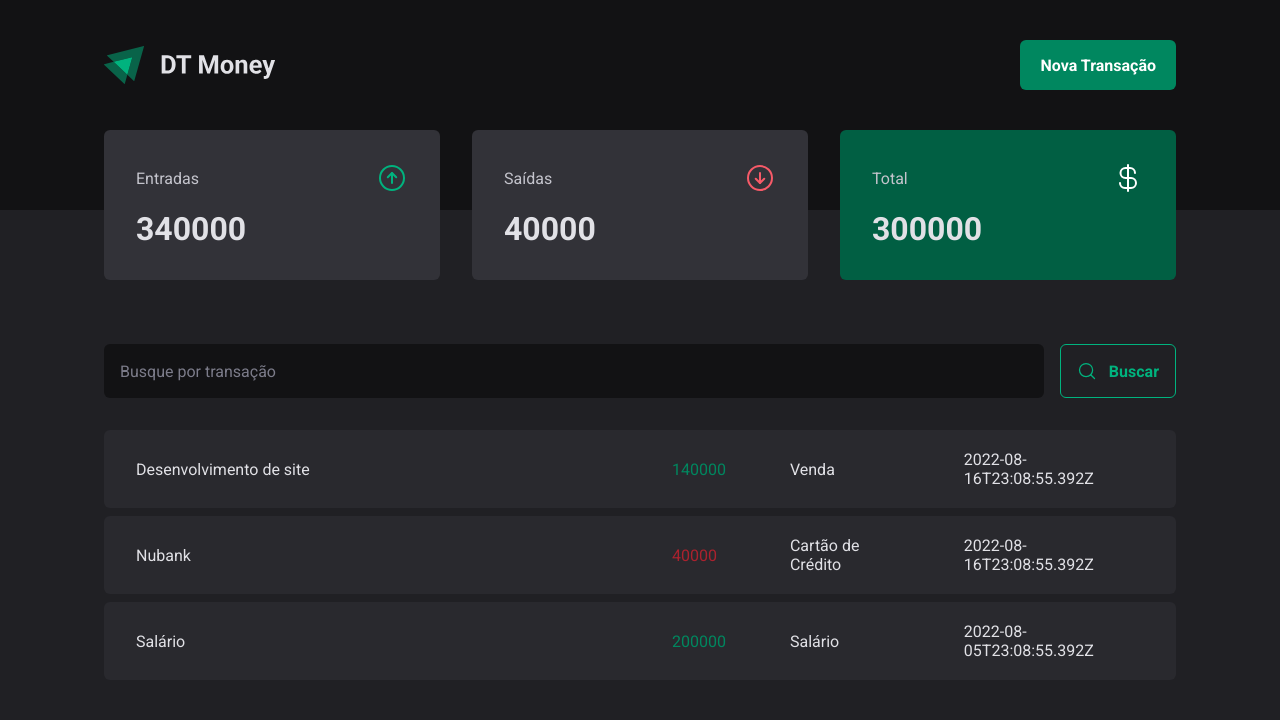
Repository: guilhermecardoso93/dtmoney-reactjs-ignite
Page: /
The author's editor kept a copy of each file at every save. The page is drawn from the files as they stood at one save, then again after the next save.
The browser window is 1280 px wide. The pictures show the whole page.
The project was rebuilt for these pictures with package versions that can differ from the ones it lists, and the page was loaded fresh each time. Requests to the local data server were answered from the project's data file. Also part of the build but not shown: vite.config.ts.

Above is the page before, as saved 2022-08-16 21:09:09.

After the next save:
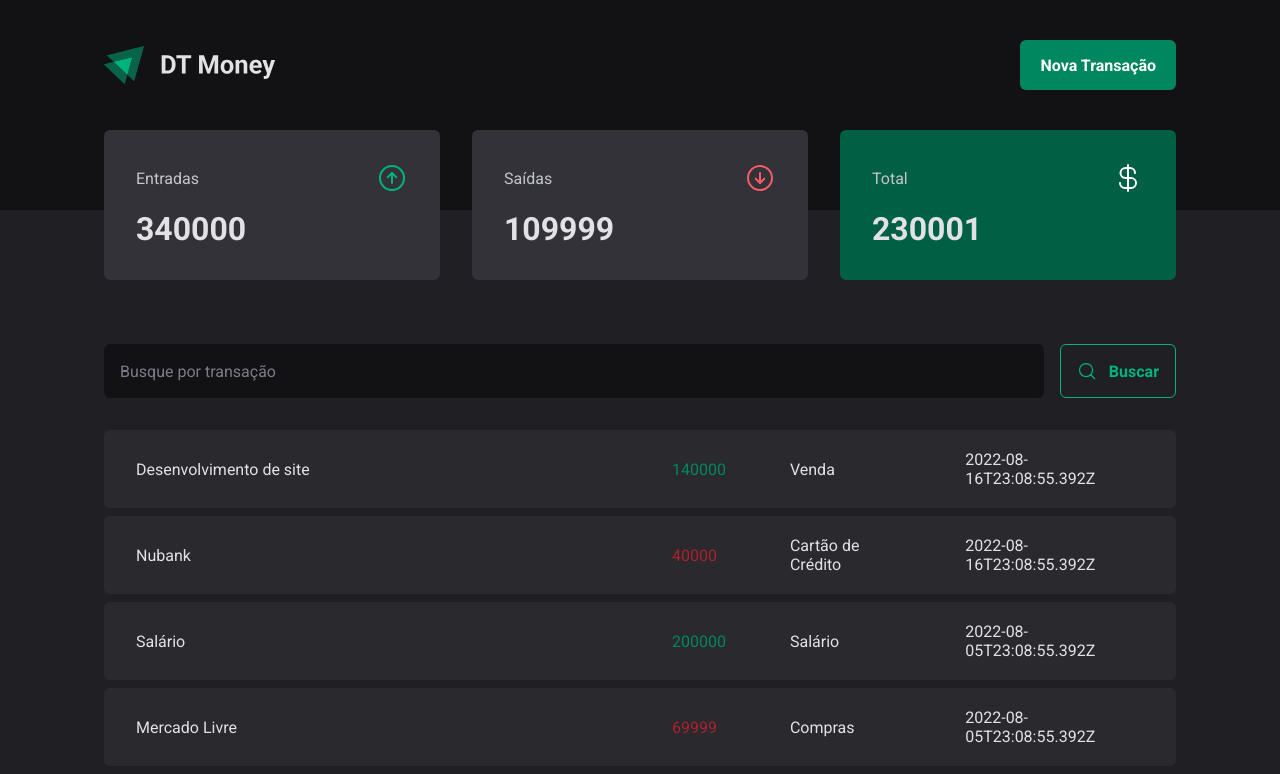
Saved 56 s later.
--- a/server.json
+++ b/server.json
@@ -22,6 +22,14 @@
       "category": "Salário",
       "price": 200000,
       "createdAt": "2022-08-05T23:08:55.392Z"
+    },
+    {
+      "id": 4,
+      "description": "Mercado Livre",
+      "type": "outcome",
+      "category": "Compras",
+      "price": 69999,
+      "createdAt": "2022-08-05T23:08:55.392Z"
     }
 
   ]
